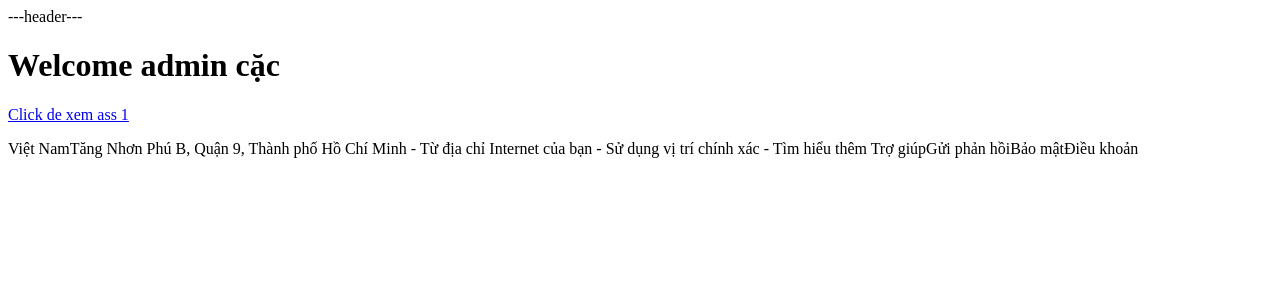
Repository: pffdota04/cuahang
Page: http://localhost/CuaHang/Views/Admin/home.jsp
These files come from the project's save history. The page is drawn as it stood at one moment and after the next save; the edit follows.
The browser window is 1280 px wide. The pictures show the whole page.
The page is served by Tomcat 9. Other server files are loaded and not shown.

Above is the page before, as saved 2020-11-10 13:14:08.

### CuaHang/WebContent/Views/Admin/home.jsp
<%@ page language="java" contentType="text/html; charset=UTF-8" pageEncoding="UTF-8"%>
<meta http-equiv="Content-Type" content="text/html; charset=UTF-8">
<!DOCTYPE html>
<html>
<head>
<title>Insert title here</title>
</head>

<body>
	<div class="header">---header---</div>

	<div class="container">
		<h1>Welcome admin cặc</h1>
		<table class="left">
			<tr>
				<a href="${pageContext.request.contextPath}/login" class="link">Click
					de xem ass 1</a>
			</tr>
		</table>
	</div>

	<div class="footer">
		<p>Việt NamTăng Nhơn Phú B, Quận 9, Thành phố Hồ Chí Minh - Từ địa
			chỉ Internet của bạn - Sử dụng vị trí chính xác - Tìm hiểu thêm Trợ
			giúpGửi phản hồiBảo mậtĐiều khoản</p>
	</div>

</body>
</html>

After the next save:
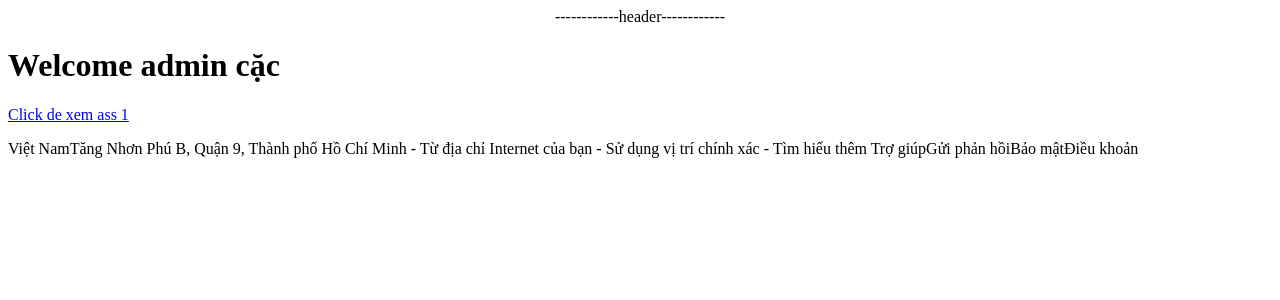
Saved 51 s later.
--- a/CuaHang/WebContent/Views/Admin/home.jsp
+++ b/CuaHang/WebContent/Views/Admin/home.jsp
@@ -7,7 +7,7 @@
 </head>
 
 <body>
-	<div class="header">---header---</div>
+	<div class="header"><p style="text-align: center;">------------header------------</p></div>
 
 	<div class="container">
 		<h1>Welcome admin cặc</h1>
